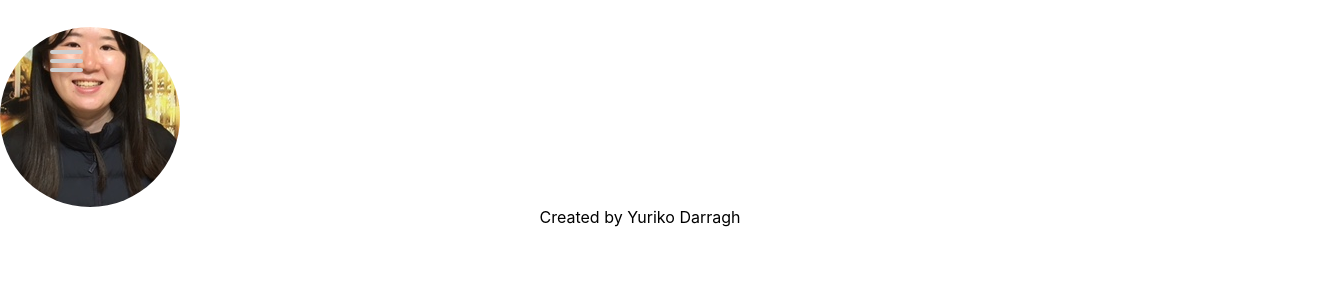
Repository: yuriko-pixel/react-portfolio
Page: /about
The author's editor kept a copy of each file at every save. The page is drawn from the files as they stood at one save, then again after the next save.
The browser window is 1280 px wide. The page is 1330 px wide, so the pictures cover 1330 px, including what lies to the right of the window. The pictures show the whole page.
The project was rebuilt for these pictures with package versions that can differ from the ones it lists, and the page was loaded fresh each time. Also part of the build but not shown: src/components/worktemp.js, src/styles/top.module.scss, src/components/links.js, src/components/top.js, src/styles/works.module.scss, src/components/works.js, src/components/home.js.

Above is the page before, as saved 2021-05-19 12:25:00.

After the next save:
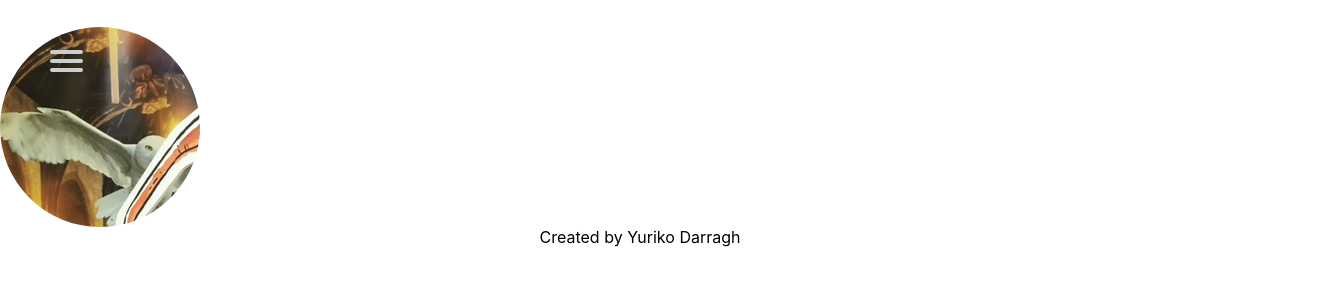
Saved 2 min 17 s later.
--- a/src/styles/about.module.scss
+++ b/src/styles/about.module.scss
@@ -1,7 +1,8 @@
 .profimg {
     background-image: url("../images/profile.JPG");
-    width:  180px;
-    height: 180px;
-    border-radius: 50%;
-    background-position: center center;
+    width:200px;
+	height:200px;
+	object-fit:cover;
+	border-radius:50%;
+	object-position:-20px 0px;;
 }
